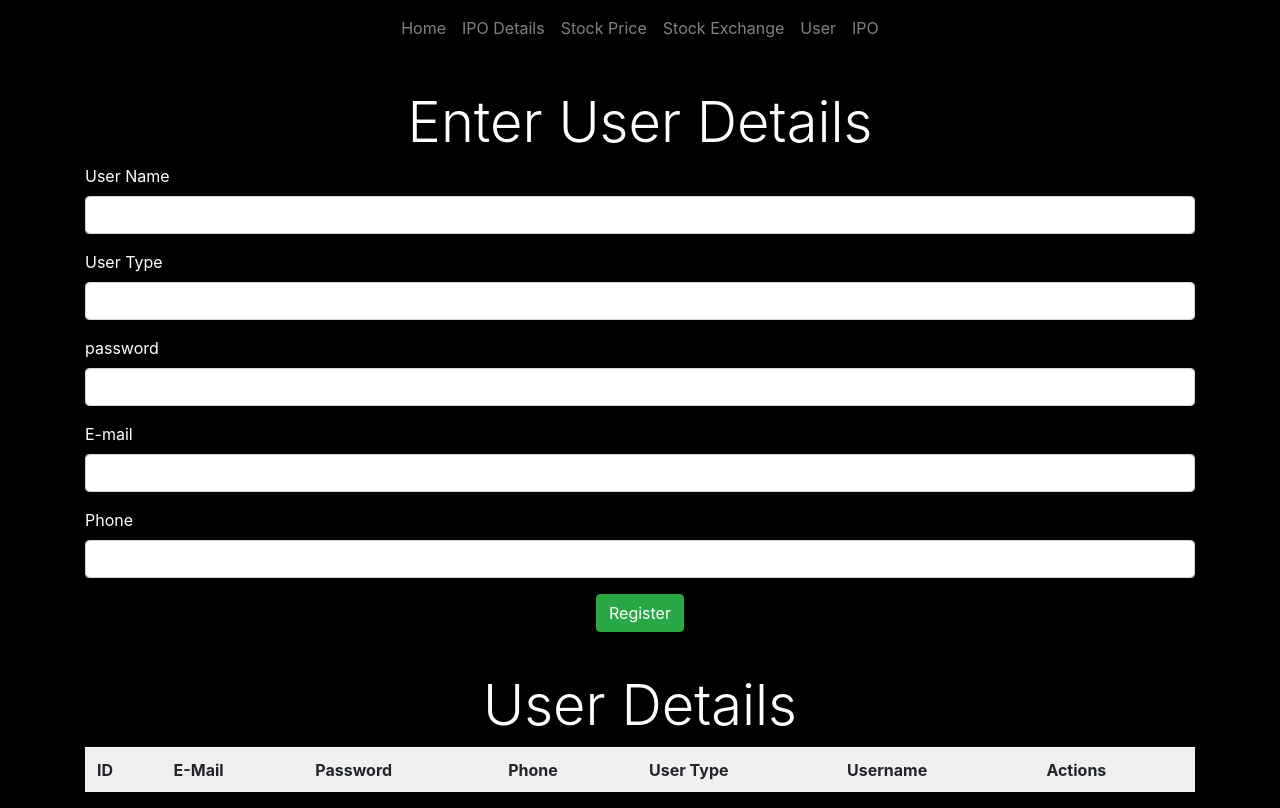
Repository: Gurudutt-S/cts-training
Page: http://localhost/StockExchangeChartingWeb/WEB-INF/views/users.jsp
An editor plug-in stored every save of this project. The page is shown before and after the next save, followed by the edit.
The browser window is 1280 px wide. The pictures show the whole page.
The page is served by Tomcat 9. Nobody is signed in. The template is opened directly, without the code that normally fills it, so the values that code supplies are empty.

Above is the page before, as saved 2020-02-12 09:47:31.
Console error (its wording comes from the project's code and is left out).

After the next save:
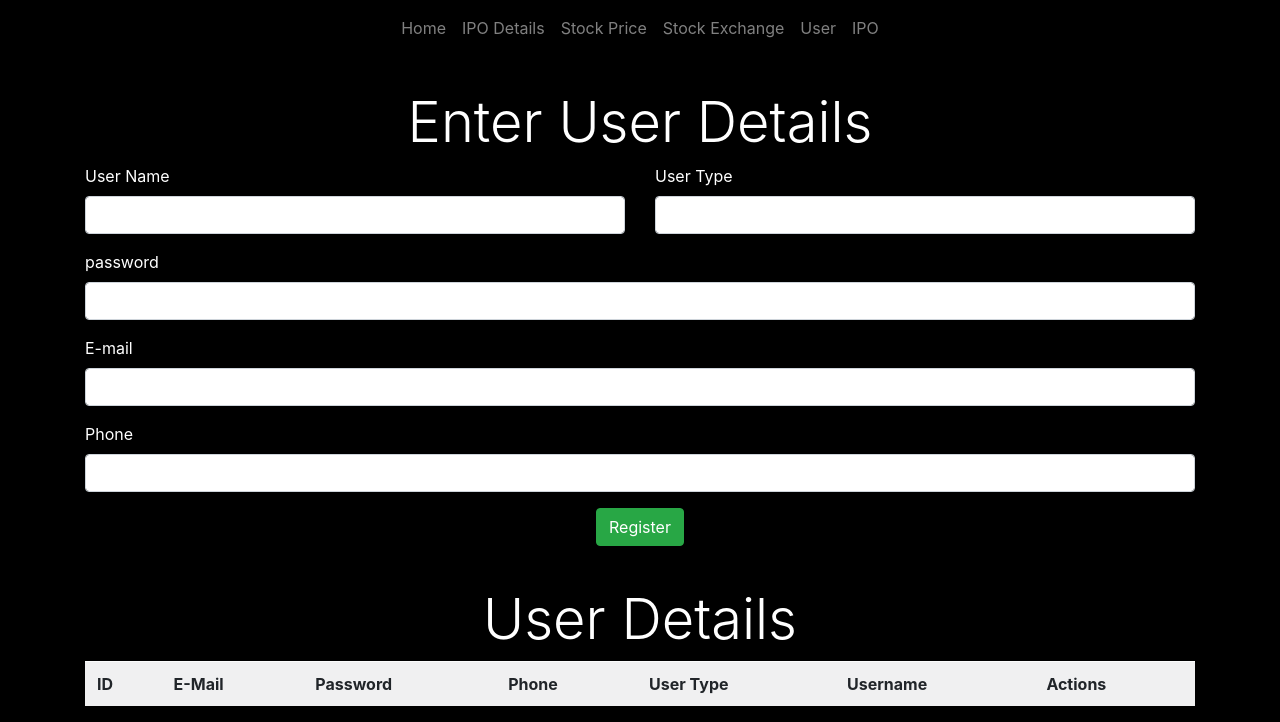
Saved 38 s later.
--- a/Day_36/StockExchangeChartingWeb/src/main/webapp/WEB-INF/views/users.jsp
+++ b/Day_36/StockExchangeChartingWeb/src/main/webapp/WEB-INF/views/users.jsp
@@ -18,13 +18,15 @@
 		</c:if>
 
 
-		<div class="form-group">
-			<form:label path="username">User Name</form:label>
-			<form:input path="username" class="form-control"></form:input>
-		</div>
-		<div class="form-group">
-			<form:label path="userType">User Type</form:label>
-			<form:input path="userType" class="form-control"></form:input>
+		<div class="row">
+			<div class="form-group col">
+				<form:label path="username">User Name</form:label>
+				<form:input path="username" class="form-control"></form:input>
+			</div>
+			<div class="form-group col">
+				<form:label path="userType">User Type</form:label>
+				<form:input path="userType" class="form-control"></form:input>
+			</div>
 		</div>
 		<div class="form-group">
 			<form:label path="password">password</form:label>
